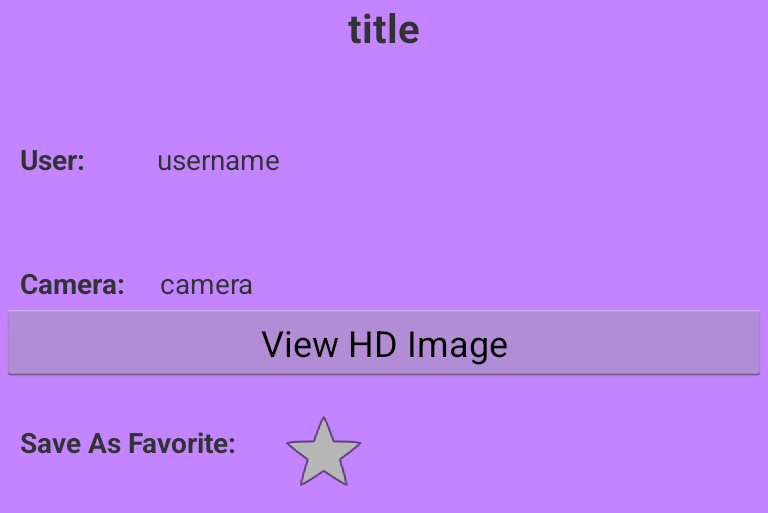
Repository: arianaantonio/Java2_Antonio
Layout: SpaceImageViewer/res/layout/details_activity.xml
These files come from the project's save history. The layout is drawn as it stood at one moment and after the next save; the edit follows.
The pictures show rows 0 to 513 of an output 1280 px tall.
Pictures or frames that could not be fetched are drawn as grey boxes. It is drawn on a 768 x 1280 px phone screen (xhdpi) without system bars, with theme AppTheme; the app's code is not run.

Above is the layout before, as saved 2014-08-01 01:50:03.

After the next save:
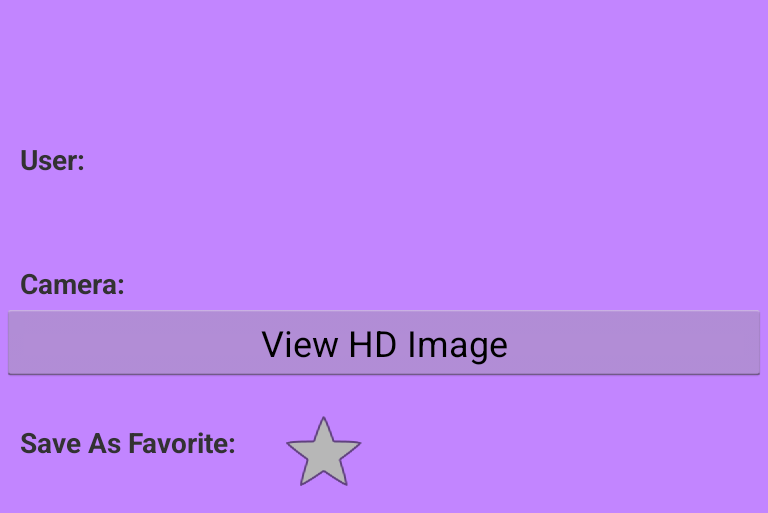
Saved 98 s later.
--- a/SpaceImageViewer/res/layout/details_activity.xml
+++ b/SpaceImageViewer/res/layout/details_activity.xml
@@ -10,7 +10,7 @@
         android:layout_width="fill_parent"
         android:layout_height="wrap_content"
         android:gravity="center"
-        android:text="title"
+        android:text=""
         android:textSize="20sp"
         android:textStyle="bold" />
 
@@ -34,7 +34,7 @@
             android:layout_width="wrap_content"
             android:layout_height="wrap_content"
             android:layout_weight="7.80"
-            android:text="username" />
+            android:text="" />
     </LinearLayout>
 
     <LinearLayout
@@ -58,7 +58,7 @@
             android:layout_width="wrap_content"
             android:layout_height="wrap_content"
             android:layout_weight="7.80"
-            android:text="camera" />
+            android:text="" />
     </LinearLayout>
 
     <Button
